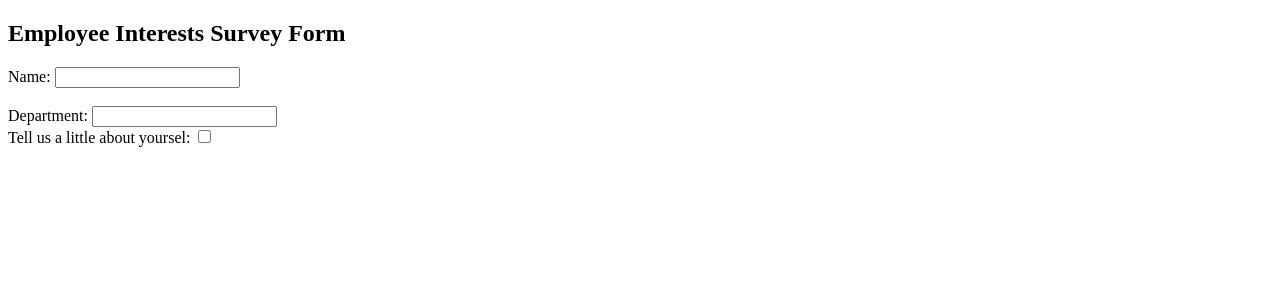
Repository: JoaoLemesDEV/Exercise-Survey-Form
Page: index.html
These files come from the project's save history. The page is drawn as it stood at one moment and after the next save; the edit follows.
The browser window is 1280 px wide. The pictures show the whole page.

Above is the page before, as saved 2021-10-10 18:20:33.

After the next save:
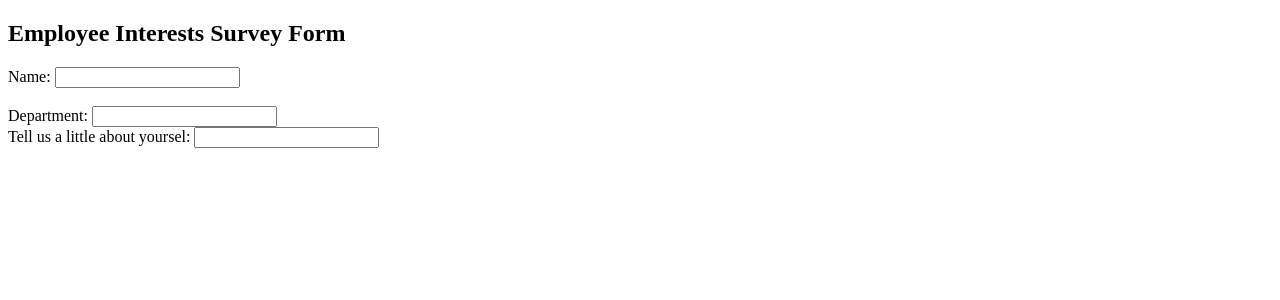
Saved 7 s later.
--- a/index.html
+++ b/index.html
@@ -13,7 +13,7 @@
   <label for="dep">Department:</label>
   <input type="text" name="dep" id=""><br>
   <label for="comment">Tell us a little about yoursel:</label>
-  <input type="checkbox" name="" id="">
+  <input type="text" name="" id="">
 
 
 </body>
